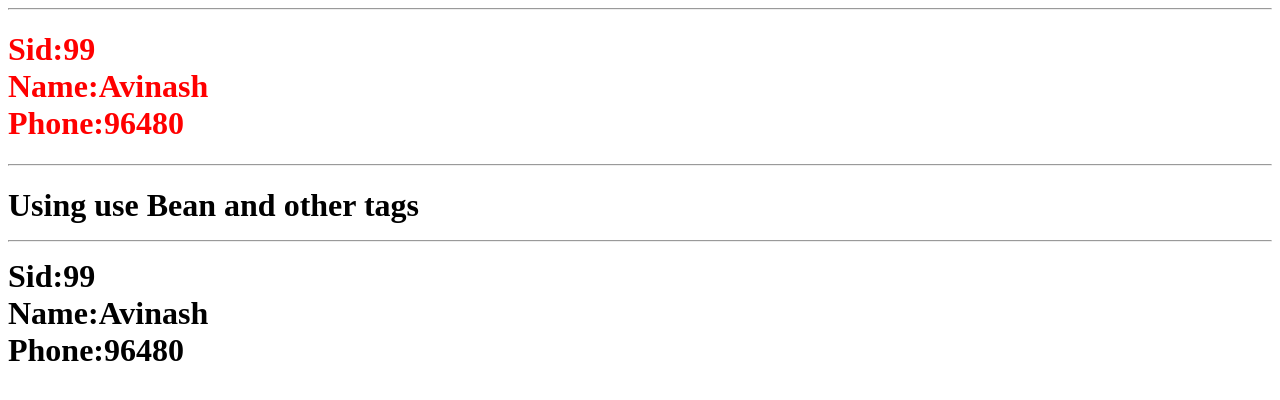
Repository: avinashxr10/Java-Codes
Page: http://localhost/JSP2/
The author's editor kept a copy of each file at every save. The page is drawn from the files as they stood at one save, then again after the next save.
The browser window is 1280 px wide. The pictures show the whole page.
The page is served by Tomcat 9.

Above is the page before, as saved 2021-12-29 16:14:44.

After the next save:
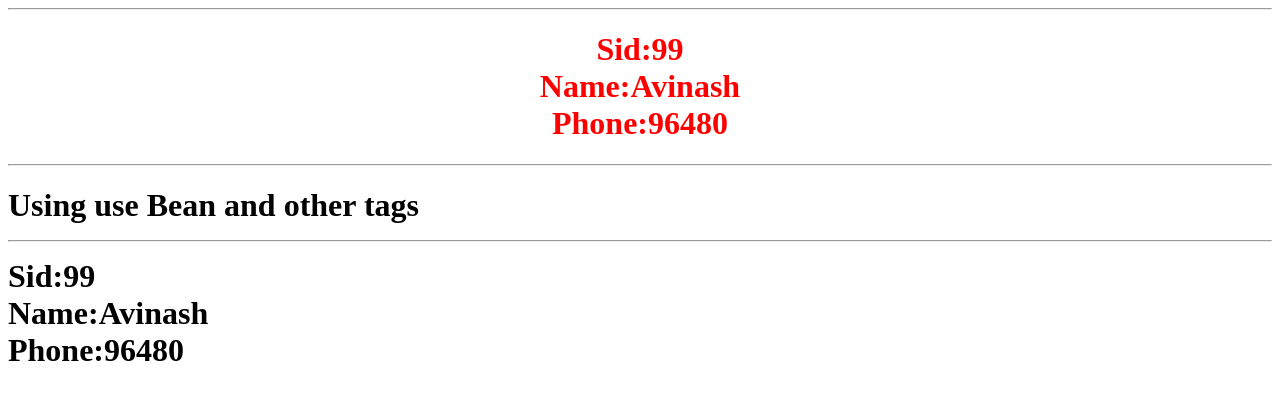
Saved 95 s later.
--- a/JSP/JSP2/src/main/webapp/index.jsp
+++ b/JSP/JSP2/src/main/webapp/index.jsp
@@ -23,9 +23,12 @@
 	%>
 
 	<h1 bgcolor="lightblue">
-		<font color="red">Sid:<%=std.getSid()%><br>Name:<%=std.getName()%><br>
-			Phone:<%=std.getPhone()%>
-		</font>
+		<center>
+			<font color="red">Sid:<%=std.getSid()%><br>Name:<%=std.getName()%><br>
+				Phone:<%=std.getPhone()%>
+			</font>
+		</center>
+
 	</h1>
 	<hr>
 	<h1>
